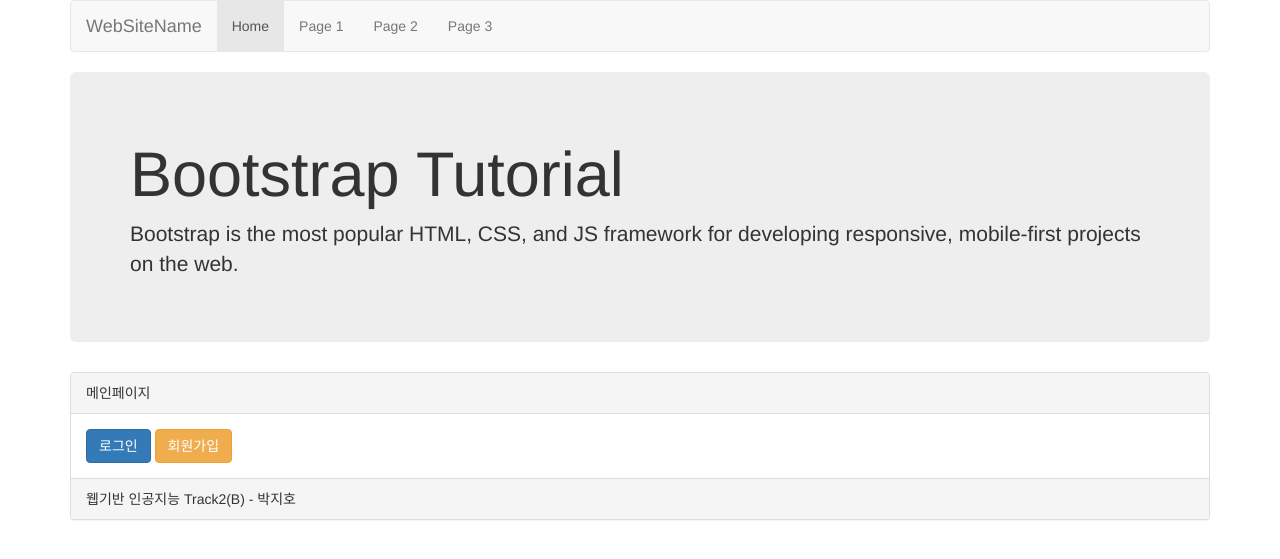
Repository: Jipumpkin/WebServer
Page: http://localhost/FrontCommandPattern/list.jsp
An editor plug-in stored every save of this project. The page is shown before and after the next save, followed by the edit.
The browser window is 1280 px wide. The pictures show the whole page.
The page is served by Tomcat 9.

Above is the page before, as saved 2024-08-21 02:19:47.

After the next save:
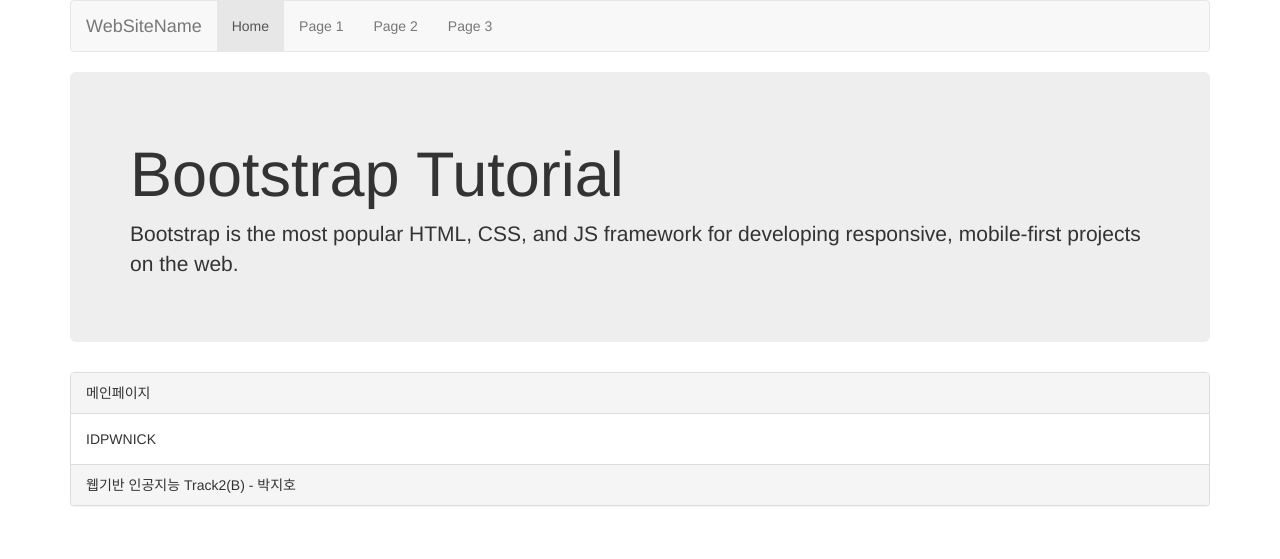
Saved 3 min 45 s later.
--- a/FrontCommandPattern/src/main/webapp/list.jsp
+++ b/FrontCommandPattern/src/main/webapp/list.jsp
@@ -42,77 +42,13 @@
 
 		    <div class="panel-body">
 
-		    <!-- jstl choose 문으로 구현 -->
-<%-- 			<c:choose>
-					<c:when test="${info != null}">
-				    	<!-- 로그인을 했을때 -->
-				    	${info.nick}, Welcome! <br>
-						<a href="logoutController"><button class="btn btn-danger">로그아웃</button></a>
-					</c:when>
-					<c:otherwise>
-				    	<!-- 로그인을 안했을때 -->
-						<a href="login.jsp"><button class="btn btn-primary">로그인</button></a>
-						<a href="join.jsp"><button class="btn btn-warning">회원가입</button></a>
-					</c:otherwise>
-				</c:choose> --%>
-
-
-
-
-
-		    	<!-- jstl if 문으로 구현 -->
-		    	<c:if test="${empty info}">
-						<a href="login.jsp"><button class="btn btn-primary">로그인</button></a>
-						<a href="join.jsp"><button class="btn btn-warning">회원가입</button></a>
-		    	</c:if>
-
-		    	<c:if test="${not empty info}">
-		    			<c:out value="${info.nick}"/>
-		  			  	<!--
-
-		  			  	${info.nick}
-
-		  			  	위 코드는 인젝션 공격의 위험이 있기때문에 위의 c:out 태그를 활용함
-
-		  			  	 -->
-		  			  	, Welcome! <br>
-						<a href="LogoutController"><button class="btn btn-danger">로그아웃</button></a>
-
-						<!-- 아이디가 admin인 사람만 -->
-						<c:if test="${info.id eq 'admin'}">
-							<a class="btn btn-info" href="ListController">회원정보</a>
-						</c:if>
-
-
-
-
-
-
-
-
-
-
-
-
-		    	</c:if>
-
-		    	<!--
-		    	세션에서 info 값을 가져오지 않아도 작동하는 이유 (스크립트릿과 차이점)
-
-		    	1. jstl 태그를 사용할때, 자동으로 페이지 컨텐스트, 요청, 세션, 애플리케이션 이 4가지 스코프에서 순차적으로 변수를 검색하고,
-		    	가장 가까운 변수를 자동으로 가져온다.
-
-		    	2.(현재 상황) info 객체가 jsp 페이지에서 직접 설정된것이 아니라도 서블릿 또는 다른 jsp 페이지에서 request 또는 session 범위에 저장된 상태라면
-		    	이를 자동으로 검색하여 가져온다.
-
-		    	예를 들어, LoginController 서블릿에서 request.setAttribute("info", info);로 설정된 경우,
-		    	info 객체는 request 범위에 저장됩니다. JSTL 태그 라이브러리는 이 info를 자동으로 검색할 수 있다.
-
-		    	-->
-
-
-
-
+			<table>
+				<tr>
+					<td>ID</td>
+					<td>PW</td>
+					<td>NICK</td>
+				</tr>
+			</table>
 
 
 
